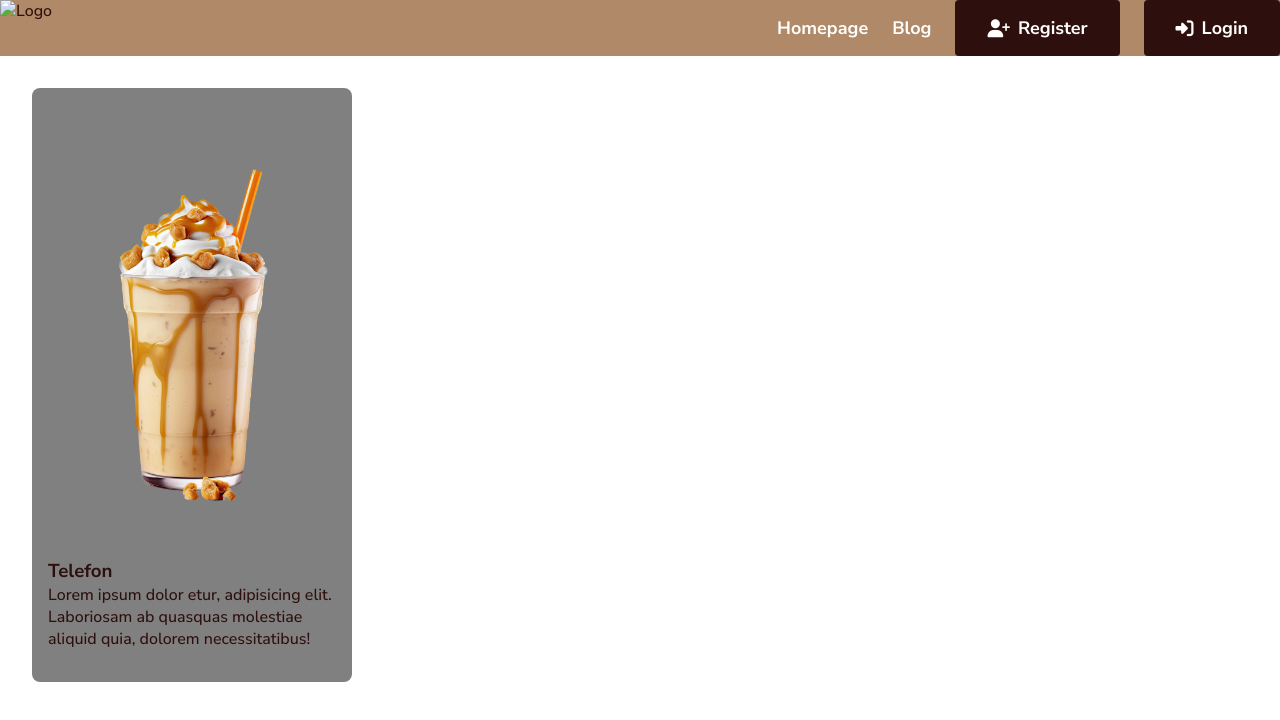
Repository: liviamucioniu/Coffee-Shop-Website
Page: index.html
The author's editor kept a copy of each file at every save. The page is drawn from the files as they stood at one save, then again after the next save.
The browser window is 1280 px wide. The pictures show the whole page.

Above is the page before, as saved 2023-10-20 17:29:15.

After the next save:
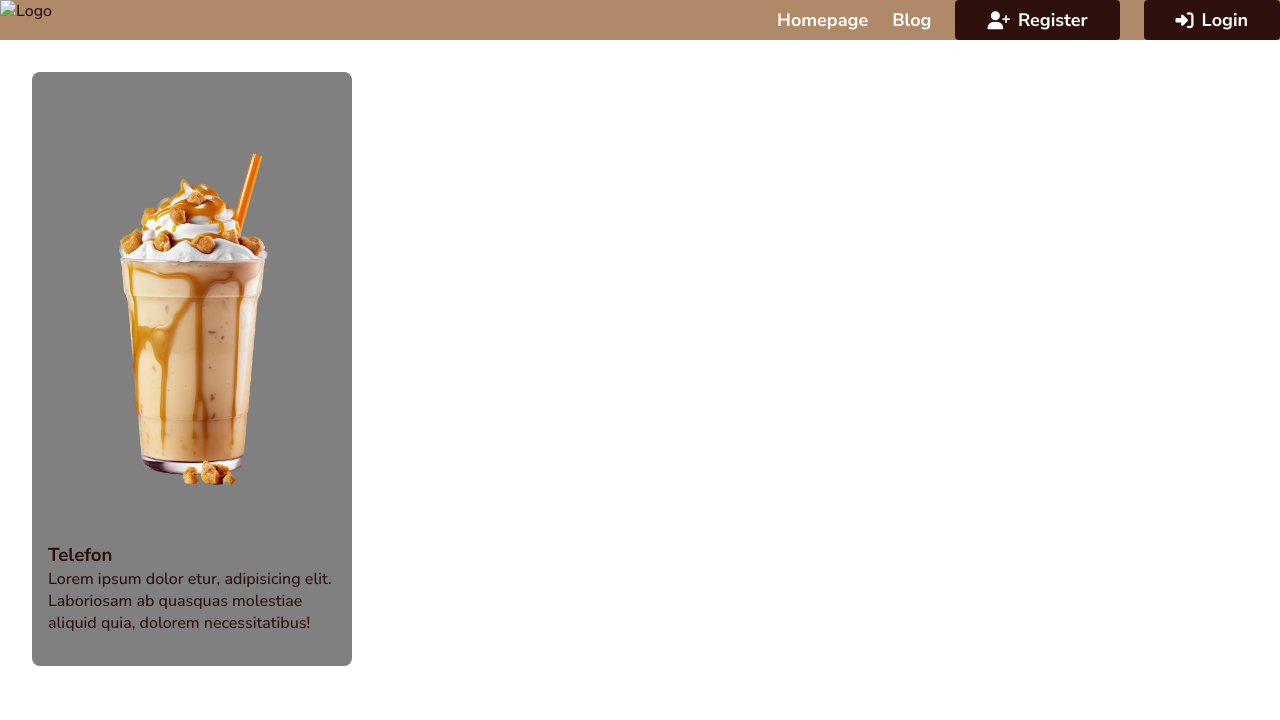
Saved 19 s later.
--- a/styles.css
+++ b/styles.css
@@ -55,7 +55,7 @@ body {
     display: flex;
     align-items: center;
     gap: 0.5rem;
-    padding: 1rem 2rem;
+    padding: 0.5rem 2rem;
     background-color: var(--color-dark);
     border-radius: 0.25rem;
 }
